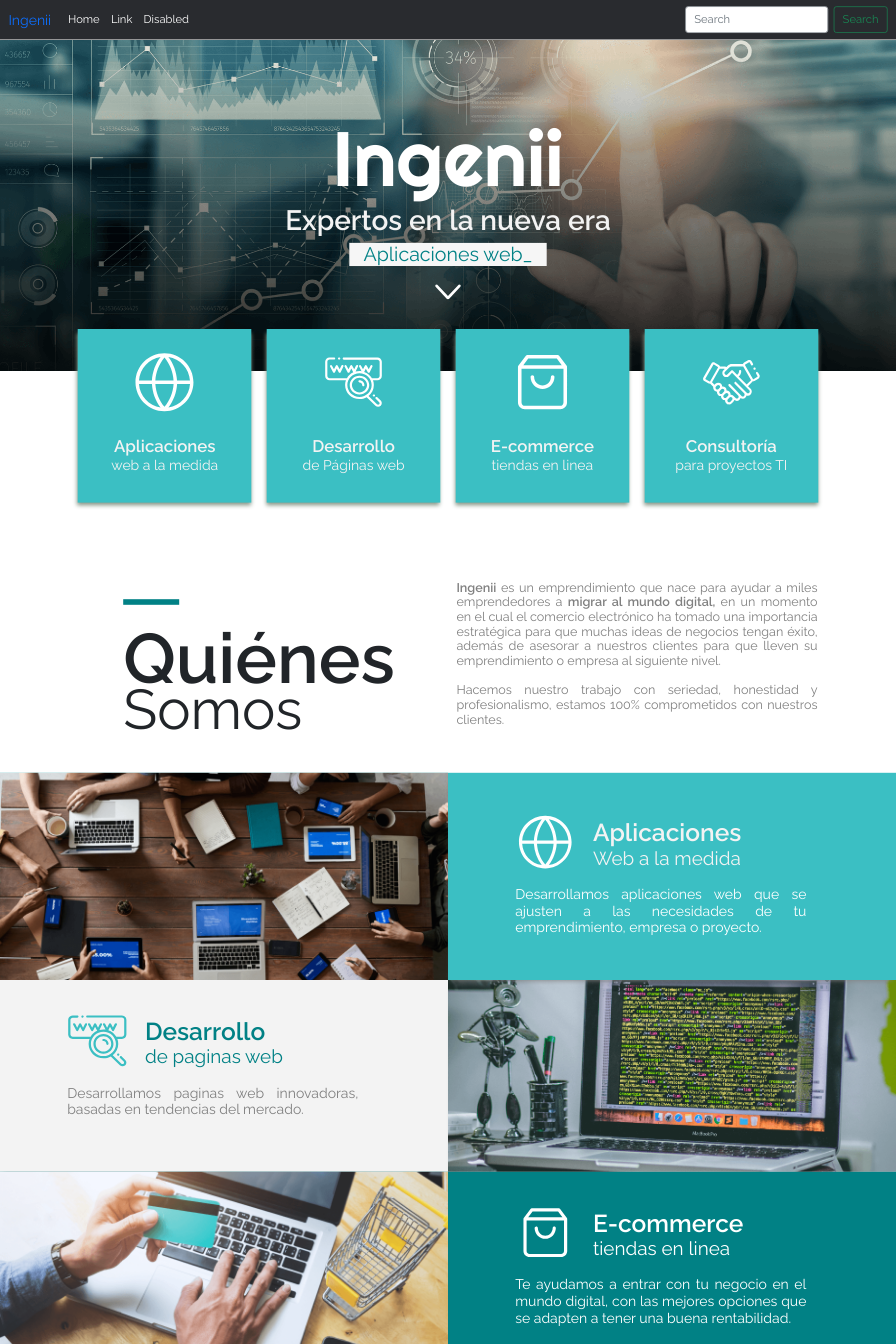
Repository: mariomr87/testwebpage
Page: index.html
The author's editor kept a copy of each file at every save. The page is drawn from the files as they stood at one save, then again after the next save.
The browser window is 1280 px wide. The pictures show the part of the page from y = 0 to 1920 px (the page is 3507 px tall before and 3567 px after), at 70% of full size.
Some web libraries are served in a nearby version.

Above is the page before, as saved 2021-10-02 22:33:44.

### index.html
<!DOCTYPE html>
<html>
<head>
	<meta charset="utf-8">
	<title>Ingenii - Nueva era</title>
	<link href="style.css" rel="stylesheet">
	<!-- CSS only -->
	<link href="https://cdn.jsdelivr.net/npm/bootstrap@5.0.2/dist/css/bootstrap.min.css" rel="stylesheet" integrity="sha384-EVSTQN3/azprG1Anm3QDgpJLIm9Nao0Yz1ztcQTwFspd3yD65VohhpuuCOmLASjC" crossorigin="anonymous">
	<link rel="preconnect" href="https://fonts.googleapis.com">
	<link rel="preconnect" href="https://fonts.gstatic.com" crossorigin>
	<link href="https://fonts.googleapis.com/css2?family=Raleway:ital,wght@0,200;0,400;0,600;1,900&display=swap" rel="stylesheet">
	<script src="https://kit.fontawesome.com/ffd6f804ac.js" crossorigin="anonymous"></script>

	<!--MENU BOOSTRAP JavaScript Bundle with Popper -->
	<script src="https://cdn.jsdelivr.net/npm/bootstrap@5.1.1/dist/js/bootstrap.bundle.min.js" integrity="sha384-/bQdsTh/da6pkI1MST/rWKFNjaCP5gBSY4sEBT38Q/9RBh9AH40zEOg7Hlq2THRZ" crossorigin="anonymous"></script>

	<!--Carrusel-->
	<link href="https://cdn.jsdelivr.net/npm/bootstrap@5.0.2/dist/css/bootstrap.min.css" rel="stylesheet" integrity="sha384-EVSTQN3/azprG1Anm3QDgpJLIm9Nao0Yz1ztcQTwFspd3yD65VohhpuuCOmLASjC" crossorigin="anonymous">
	<link rel="stylesheet" type="text/css" href="carousel.css">
	<script src="https://ajax.googleapis.com/ajax/libs/jquery/1.12.4/jquery.min.js" type="text/javascript" ></script>
	<script src="slick.js" type="text/javascript" charset="utf-8"></script>



</head>
	<body>

		<!-- Menu -->
		<nav class="navbar navbar-expand-md sticky-top lineamenu">
			<div class="container-fluid">
			  <a class="navbar-brand" href="#"><span class="menuing-texto">Ingenii</span></a>
			  <button class="navbar-toggler" type="button" data-bs-toggle="collapse" data-bs-target="#navbarSupportedContent" aria-controls="navbarSupportedContent" aria-expanded="false" aria-label="Toggle navigation">
				<span class="navbar-toggler-icon"></span>
			  </button>
			  <div class="collapse navbar-collapse" id="navbarSupportedContent">
				<ul class="navbar-nav me-auto mb-2 mb-lg-0">
				  <li class="nav-item">
					<a class="nav-link" aria-current="page" href="#"><span class="texto-link">Home</span></a>
				  </li>
				  <li class="nav-item">
					<a class="nav-link" href="#"><span class="texto-link">Link</span></a>
				  </li>
				  <li class="nav-item">
					<a class="nav-link " href="#" tabindex="-1" aria-disabled="true"><span class="texto-link">Disabled</span></a>
				  </li>
				</ul>
				<form class="d-flex">
				  <input class="form-control me-2" type="search" placeholder="Search" aria-label="Search">
				  <button class="btn btn-outline-success" type="submit">Search</button>
				</form>
			  </div>
			</div>
		  </nav>

		<!-- <div class="container-fluid"> -->
			<!-- Barra de navegacion -->
			<!-- <nav class="navbar navbar-expand-md navbar-dark bg-dark">
				<div class="container-fluid">
					<a href="#" class="navbar-brand">Ingenii</a>
					<button type="button" class="navbar-toggler" data-bs-toggle="collapse" data-bs-target="#menunav">
						<span class="navbar-toggler-icon" ></span>
					</button>
				</div>
				<div class="collapse navbar-collapse" id="menunav">
					<ul class="navbar-nav me-auto mb-2 mb-lg-0">
						<li class="nav-item"><a href="#" class="nav-link">Inicio</a></li>
						<li class="nav-item"><a href="#" class="nav-link">Inicio</a></li>
						<li class="nav-item"><a href="#" class="nav-link">Inicio</a></li>
						<li class="nav-item"><a href="#" class="nav-link">Inicio</a></li>
						<li class="nav-item"><a href="#" class="nav-link">Inicio</a></li>

					</ul>
				</div>
			</nav>
		</div> -->




		<!-- Slider -->
		<div class="container-fluid slider text-centro text-center">
			<div class="row" id="servicios4">
				<div>
					<h3 class="logo title-slider">Ingenii</h3>
					<h3 class="blanco slider-text">Expertos en la nueva era</h3>
					<h3 id="app-web">Aplicaciones web_</h3><br>
					<img id="flecha-down" src="./imagenes/principal/flecha.svg">
				</div>
			</div>
		</div>
		<!-- Quienes somos y servicios -->
		<div class="container-fluid " >
			<!-- Iconos de servicios -->
			<div class="cuadros-servi row ">
				<div class="azul-claro-bg cuadro col ">
					<img src="./imagenes/principal/app.svg" class="icon-serv">
					<h5><span class="negrilla "><strong>Aplicaciones</strong> </span><br>web a la medida</h5>
				</div>
				<div class="azul-claro-bg cuadro col">
					<img src="./imagenes/principal/desarrollo.svg" class="icon-serv"><h5><span class="negrilla ">Desarrollo</span><br>de Páginas web</h5>
				</div>
				<div class="azul-claro-bg cuadro col">
					<img src="./imagenes/principal/tienda.svg" class="icon-serv">
					<h5><span class="negrilla ">E-commerce</span><br> tiendas en linea</h5>
				</div>
				<div class="azul-claro-bg cuadro col">
					<img src="./imagenes/principal/consultoria.svg" class="icon-serv"><h5><span class="negrilla ">Consultoría</span><br>para proyectos TI</h5>
				</div>

			</div>

			<!-- Texto quienes somos -->
			<div class="row just-somos" id="quienessomos">
				<div class="col-md-6 centrar-somos">
					<p class="line-blue"> </p>
					<h1 class="text-quienes" >Quiénes</h1><h2 class="text-somos">Somos</h2>
				</div>
				<div class="col-md-6">
					<p class="texto-qs"><span class="negrilla">Ingenii</span> es un emprendimiento que nace para ayudar a miles emprendedores a <span class="negrilla">migrar al mundo digital,</span> en un momento en el cual el
					comercio electrónico ha tomado una importancia estratégica para que muchas ideas de negocios tengan éxito, además de asesorar a
					nuestros clientes para que lleven su emprendimiento o empresa al siguiente nivel.
					<br><br>Hacemos nuestro trabajo con seriedad, honestidad y profesionalismo, estamos 100% comprometidos con nuestros clientes.</p>
				</div>
			</div>
		</div>
		<!-- Servicios -->
		<div class="container-fluid">
			<div class="row row-cols-2 servi-col">
				<!--Aplicaciones -->
				<div class="col azul-claro-bg sombra">
					<img class="servicios-img" src="imagenes/servicios/Aplicaciones.png">
				</div>
				<div class="col azul-claro-bg text-app sombra">
						<div class="centra-app">
							<div class="interlineas">
								<img src="./imagenes/servicios/web-a-medida.svg" class="icon-serv">
								<span class="text-app-p"><span class="text-app-icon">Aplicaciones</span><p class="text-app-icon2">Web a la medida</p></span>
							</div>
							<div class="interlineas">
								<p class="text-app-des">Desarrollamos aplicaciones web que se ajusten a las necesidades de tu emprendimiento, empresa o proyecto.</p>
							</div>
						</div>
				</div>
				<!--Desarrollo -->
				<div class="col blanco-bg sombra">
					<div class="text-app ">
						<div class="centra-app">
							<div class="interlineas">
								<img src="./imagenes/servicios/desarrollo-web.svg" class="icon-serv">
								<span class="azul text-app-p"><span class="text-app-icon">Desarrollo</span><p class="text-app-icon2">de paginas web</p></span>
							</div>
							<div class="interlineas" >
								<p class="gris2 text-app-des">Desarrollamos paginas web innovadoras, basadas en tendencias del mercado.</p>
							</div>
						</div>
					</div>
				</div>
				<div class="col blanco-bg sombra">
					<img class="servicios-img" src="imagenes/servicios/desarrolloweb.png">
				</div>
				<!--E-commerce-->
				<div class="col azul-bg sombra">
					<img class="servicios-img" src="imagenes/servicios/ecommerce.png">
				</div>
				<div class="col azul-bg sombra">
					<div class="text-app">
						<div class="centra-app">
							<div class="interlineas">
								<img src="./imagenes/servicios/ecommerce.svg" class="icon-serv">
								<span class="text-app-p"><span class="text-app-icon">E-commerce</span><p class="text-app-icon2">tiendas en linea</p> </span>
							</div>
							<div class="interlineas">
								<p class="text-app-des">Te ayudamos a entrar con tu negocio en el mundo digital, con las mejores opciones que se adapten a tener una buena rentabilidad.</p>
							</div>
						</div>
					</div>
				</div>
				<!--Consultoria -->
				<div class="col blanco-bg sombra">
					<div class="azul text-app">
					<div class="centra-app">
							<div class="interlineas">
								<img src="./imagenes/servicios/consultoria-TI.svg" class="icon-serv">
								<span class="text-app-p"><span class="text-app-icon">Consultoria</span> <p class="text-app-icon2"> para proyectos de TI</p></span>
							</div>
							<div class="interlineas">
								<p class="gris2 text-app-des">Estamos contigo, por eso realizamos consultorias para proyectos de TI.</p>
							</div>
					</div>
					</div>
				</div>
    			<div class="col blanco-bg sombra">
					<img class="servicios-img" src="imagenes/servicios/consultoria.png">
				</div>
			</div>
		</div>


		<!-- Nuestros Proyectos -->
		<div class="container-fluid" id="link-ntrabajo">
			<div class="row">
				<div class="col-md-12 text-center">
					<p class="proyectos">Nuestros Proyectos</p>
					<p class="proyectos-txt">Proyectos realizados en diversos sectores que van desde paginas web tradicionales hasta aplicaciones para la gestion de negocios.</p>
				</div>
				<div class="col-md-12 container">
					<section class="customer-logos slider2">
						<div class="slide"><img src="images/image3.png"></div>
						<div class="slide"><img src="images/image4.png"></div>
						<div class="slide"><img src="images/image3.png"></div>
						<div class="slide"><img src="images/image4.png"></div>
					</section>
				</div>
			</div>
		</div>

		<!-- Contacto -->
		<div class="container-fluid contacto-container" id="link-escribenos">
			<div class="row">
				<div class="col-md-6">
					<div class="contacto-column-1">
						<p class="line-blue"> </p>
						<h2 class="contacto-title blanco">Escribenos</h2>
						<p class="contacto-desc blanco">Cuéntanos tus proyectos y juntos podremos llevar tu emprendimiento o tu empresa a otro nivel en la nueva era del mundo digital</p>
					</div>
					</div>
				<div class="col-md-6">
					<form class="contacto-form">
						<input type="text" class="contacto-input" placeholder="Nombre Completo" name="nombre">
						<input type="text" class="contacto-input" placeholder="Celular" name="celular">
						<input type="email" class="contacto-input" placeholder="Email" name="email">
						<textarea name="mensaje" class="contacto-textarea" placeholder="Mensaje"></textarea>
						<input type="submit" class="contacto-input azul-claro-bg" name="Enviar">
					</form>
				</div>
			</div>
		</div>
		<!-- Footer -->
		<div class="container-fluid azul-claro-bg p-5">
			<div class="row pb-4">
				<div class="col-md-4">
					<div class="footer-container">
						<h2 class="logo title-footer">Ingenii</h2>
						<p class="subtitle-footer">Copyrigth 2021 Ingenii</p>
					</div>
				</div>
				<div class="col-md-8">
					<div class="social-container">
						<p class="" style="padding: 0px 22px;">Soluciones innovadoras para tus proyectos, emprendimientos o empresas.<br>Te ayudamos a ir al siguiente nivel. Somos expertos en una nueva era.</p>
						<div class="container">
							<div class="row">
								<div class="col-md-4">
									<span class="social-icon-text" style="vertical-align: middle;">Síguenos: </span><a href="www.facebook.com" class="link-icon-footer gris"><i class="fab fa-facebook"></i></a><a href="https://api.whatsapp.com/send?phone=573167873319&text=Hola!%20Quiero%20una%20p%C3%A1gina%20web." class="link-icon-footer gris"><i class="fab fa-whatsapp"></i></a>
								</div>
								<div class="col-md-4 mt-2">
									<i style="vertical-align: middle;" class="fas fa-phone-alt gris icon-footer"></i><span class="social-icon-text"> 3167873319</span>
								</div>
								<div class="col-md-4 mt-2">
									<i style="vertical-align: middle;" class="far fa-envelope gris icon-footer"></i><span class="social-icon-text"> info@ingenii.com.co</span>
								</div>
							</div>
						</div>
					</div>
				</div>
			</div>
		</div>

		<script type="text/javascript">
			$(document).ready(function(){
				$('.customer-logos').slick({
					slidesToShow: 2,
					slidesToScroll: 1,
					autoplay: true,
					autoplaySpeed: 500,
					arrows: false,
					dots: false,
						pauseOnHover: false,
						responsive: [{
						breakpoint: 500,
						settings: {
							slidesToShow: 4
						}
					}, {
						breakpoint: 520,
						settings: {
							slidesToShow: 3
						}
					}]
				});
			});
		</script>

	</body>
</html>

### style.css
/*
autor: Estiven Oviedo Gonzalez;
fecha: 2021-07-18;
*/

@font-face {
    font-family: 'Righteous';
    src: url('font/Righteous-Regular.ttf');
}


body{
	font-family: 'Raleway', sans-serif !important;
}

.lineamenu{
	border-bottom-width: 1px;
	border-bottom-style: solid;
	border-bottom-color: #c5c3c3 ;
	background-color: #292b2f;
}

.menuing-texto{
	text-align: center;
}

.menuing-texto h1{
	font-size: 3em;
}

.texto-link{
	color: white;
}

.menuing-redes{
	justify-content: center;
	display: flex;
	align-items: center;
}

.menuing-redes-logos{
	width: 1.5em;
}

.logo{
	font-family: 'Righteous', cursive;
	color: #fff;
}

.azul{
	color: #018185;
}

.gris{
	color: #292b2f;
}

.verde{
	color: #40af93;
}

.azul-claro{
	color: #3bbfc3;
}

.blanco{
	color: #f3f3f3;
}

.azul-bg{
	background-color: #018185;
	color: #fff;
}

.gris-bg{
	background-color: #292b2f;
}

.verde-bg{
	background-color: #40af93;
}

.azul-claro-bg{
	background-color: #3bbfc3;
	color: #f3f3f3;
}

.blanco-bg{
	background-color: #f3f3f3;
}


.sombra{
	box-shadow: 0px 7px 7px -6px gray;
}

/* servicios */
.servicios-img{
	width: 100%;
}

.title-footer{
	font-size: 70px;
	margin: 0;
}

.subtitle-footer{
	color: #fff;
	font-size: 12px;
}

.footer-container{
	margin-left: 35%;
	border-right: 1px solid #fff;
}

.social-container{
	color: #fff;
}

.link-icon-footer{
	font-size: 30px;
	padding: 0px 10px;
	vertical-align: middle;
}

.icon-footer{
	font-size: 25px;
}

.social-icon-text{
	font-weight: 600;
}

.contacto-container{
	background-image: url('imagenes/formulario/fondo-formulario.png');
	background-size: cover;
}

.contacto-form{
	margin: 100px 20% 100px 10%;
}

.contacto-input{
	display: block;
    padding: 8px 20px;
    border-radius: 40px;
    border: none;
    margin-bottom: 12px;
    width: 100%;
}

.contacto-textarea{
	display: block;
    padding: 8px 20px;
    border-radius: 20px;
    border: none;
    margin-bottom: 12px;
    resize: none;
    width: 100%;
    height: 150px;
}

.contacto-column-1{
	margin: 100px 10% 100px 30%;
}

.contacto-title{
	font-size: 75px;
	font-weight: 900;
}

.contacto-desc{
	font-size: 22px;
}

.slider{
	background-image: url('imagenes/principal/banner.png');
	background-size: cover;
}

.title-slider{
	font-size: 110px;
	margin: 0;
}

.slider-text{
	font-size: 40px ;
	font-weight: bold;
}

#app-web{
	display: inline;
	background-color: #f6f6f6;
	color: #018185;
	padding: 0px 20px;
}

.text-quienes{
	font-weight:bold;
	font-size:100px;
}

.text-somos{
	font-size:80px;
	line-height: 10px;
}

.line-blue{
	background-color: #018185;
	height: 8px;
	width: 80px;
}

.texto-qs{
	text-align: justify;
	font-size: 18px;
	color: gray;

}

.negrilla{
	font-weight: bold;
}

.cuadro span {
	font-size: 1.2em;
}

.just-somos{
	padding-left: 100px;
	padding-right: 100px;
	padding-top: 50px;
	padding-bottom: 50px;
	line-height: initial;
}

.centrar-somos{
	align-content: center;
	justify-content: center;
	display: grid;
}


.text-app{
	position: relative;
	padding-top: 2%;

}

.centra-app{
	margin: 5% 20% 0 15%;
	text-align: justify;
}

.text-app-p{
	padding-left: 25px;

}

.text-app-icon{
	font-size: 35px;
	font-weight: 900;

}

.text-app-icon2{
	font-size: 27px;
}

.text-app-des{
	font-size: 20px;
	color: white;
}

.gris2{
	color: gray ;
}

.cuadro{
	margin: auto 1%;
	padding: 33px;
	box-shadow: -1px 5px 6px #889788;
}

.cuadros-servi{
	text-align: center;
	padding: 0% 8%;
	position: relative;
    bottom: 60px;

}
.interlineas{
	line-height:normal;
	display: flex;
	justify-content: flex-start;
    align-items: center;
	letter-spacing: normal;
}

.icon-serv{
	width: 86px;
	margin-bottom: 20px;
}

.cuadro img{
	padding-bottom: 15px;
}

.text-centro{
	padding: 8% 0%;

}

#flecha-down{
	padding-top: 2%;
	width: 3%;
}

.flotante{
	position: relative;
}

.servi-col div{
	padding-left: 0;
	padding-right: 0;
}

.proyectos{
	font-weight: 900;
	font-size: 4em;
	padding-top: 1em;
}

.proyectos-txt{
	color: gray;
	font-size: 1.5em;
	padding: 0 12em 2em 12em ;
	line-height: normal;
}

### carousel.css
/* Slider */
.slick-slide {
    margin: 0px 20px;
}

.slick-slide img {
    width: 100%;
}

.slick-slider
{
    position: relative;
    display: block;
    box-sizing: border-box;
    -webkit-user-select: none;
    -moz-user-select: none;
    -ms-user-select: none;
            user-select: none;
    -webkit-touch-callout: none;
    -khtml-user-select: none;
    -ms-touch-action: pan-y;
        touch-action: pan-y;
    -webkit-tap-highlight-color: transparent;
}

.slick-list
{
    position: relative;
    display: block;
    overflow: hidden;
    margin: 0;
    padding: 0;
}
.slick-list:focus
{
    outline: none;
}
.slick-list.dragging
{
    cursor: pointer;
    cursor: hand;
}

.slick-slider .slick-track,
.slick-slider .slick-list
{
    -webkit-transform: translate3d(0, 0, 0);
       -moz-transform: translate3d(0, 0, 0);
        -ms-transform: translate3d(0, 0, 0);
         -o-transform: translate3d(0, 0, 0);
            transform: translate3d(0, 0, 0);
}

.slick-track
{
    position: relative;
    top: 0;
    left: 0;
    display: block;
}
.slick-track:before,
.slick-track:after
{
    display: table;
    content: '';
}
.slick-track:after
{
    clear: both;
}
.slick-loading .slick-track
{
    visibility: hidden;
}

.slick-slide
{
    display: none;
    float: left;
    height: 100%;
    min-height: 1px;
}
[dir='rtl'] .slick-slide
{
    float: right;
}
.slick-slide img
{
    display: block;
}
.slick-slide.slick-loading img
{
    display: none;
}
.slick-slide.dragging img
{
    pointer-events: none;
}
.slick-initialized .slick-slide
{
    display: block;
}
.slick-loading .slick-slide
{
    visibility: hidden;
}
.slick-vertical .slick-slide
{
    display: block;
    height: auto;
    border: 1px solid transparent;
}
.slick-arrow.slick-hidden {
    display: none;
}

.slider2 {
    padding: 2em 10em;
}

.slider2 div img{
    width: 50%;
    /* background-color: gray; */
    border-inline: 1px;
    display: block;
    margin: auto;

}

/* .slide{
 border-style: solid;
 color: red;

} */

Loaded but not shown: slick.js (library)

After the next save:
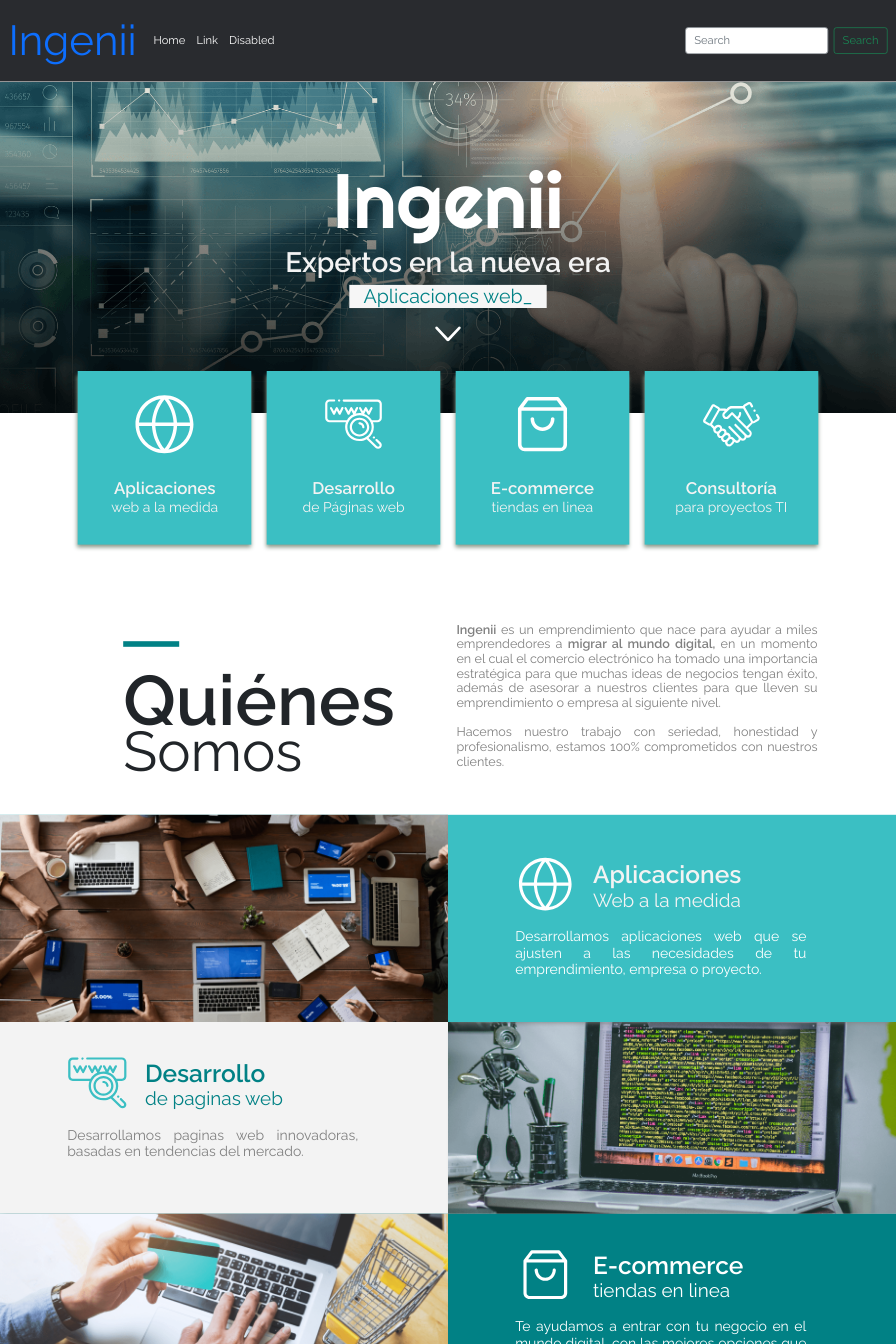
Saved 8 s later.
--- a/style.css
+++ b/style.css
@@ -24,7 +24,7 @@ body{
 	text-align: center;
 }
 
-.menuing-texto h1{
+.menuing-texto{
 	font-size: 3em;
 }
 
